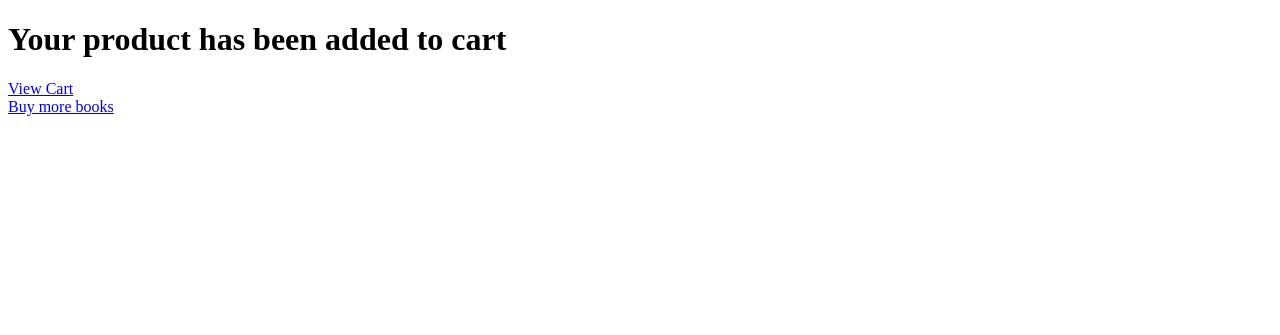
Repository: abhishekgandhi2398/BookStore
Page: http://localhost/BookStore/addedtocart.jsp
An editor plug-in stored every save of this project. The page is shown before and after the next save, followed by the edit.
The browser window is 1280 px wide. The pictures show the whole page.
The page is served by Tomcat 9.

Above is the page before, as saved 2019-12-06 12:51:22.

After the next save:
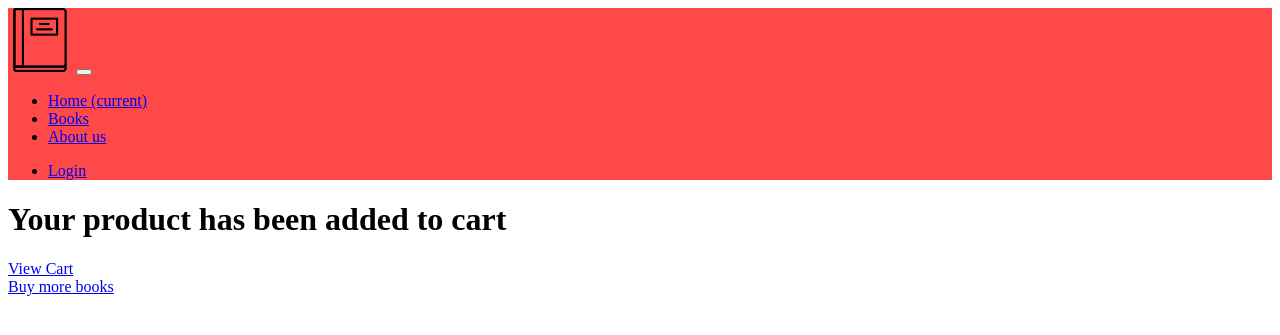
Saved 5 min 4 s later.
--- a/ProjectJava/BookStore/WebContent/addedtocart.jsp
+++ b/ProjectJava/BookStore/WebContent/addedtocart.jsp
@@ -11,6 +11,61 @@
 </head>
 <body>
 
+<nav class="navbar navbar-expand-lg navbar-light" style="background-color: #FF4948">
+  <img src="img/logo.png" class="navbar-brand">
+  <button class="navbar-toggler" type="button" data-toggle="collapse" data-target="#navbarTogglerDemo02" aria-controls="navbarTogglerDemo02" aria-expanded="false" aria-label="Toggle navigation">
+    <span class="navbar-toggler-icon"></span>
+  </button>
+
+  <div class="collapse navbar-collapse" id="navbarTogglerDemo02">
+    <ul class="navbar-nav mr-auto mt-2 mt-lg-0">
+      <li class="nav-item active">
+        <a class="nav-link" href="1.jsp">Home <span class="sr-only">(current)</span></a>
+      </li>
+      <li class="nav-item">
+        <a class="nav-link" href="User_Products.jsp">Books</a>
+      </li>
+      <li class="nav-item">
+        <a class="nav-link" href="#">About us</a>
+      </li>
+    </ul>
+
+    <form class="form-inline my-2 my-lg-0">
+        <ul class="navbar-nav mr-auto mt-2 mt-lg-0">
+
+     <%
+String q=(String)session.getAttribute("mobno");
+
+if(q==null)
+{
+     %>
+       <li class="nav-item">
+        <a class="nav-link" href="ulogin.jsp">Login</a>
+      </li>
+<%}
+else
+{ %>
+      <li class="nav-item">
+        <a class="nav-link" href="vc.jsp">View Cart</a>
+      </li>
+      <li class="nav-item">
+        <a class="nav-link" href="vieworderuser.jsp">View Orders</a>
+      </li>
+        <li class="nav-item">
+        <a class="nav-link" href="ulogout.jsp">Logout</a>
+      </li>
+
+  <%      }
+
+
+%>
+      </ul>
+
+
+    </form>
+  </div>
+</nav>
+
 
 <h1>Your product has been added to cart</h1>
 
